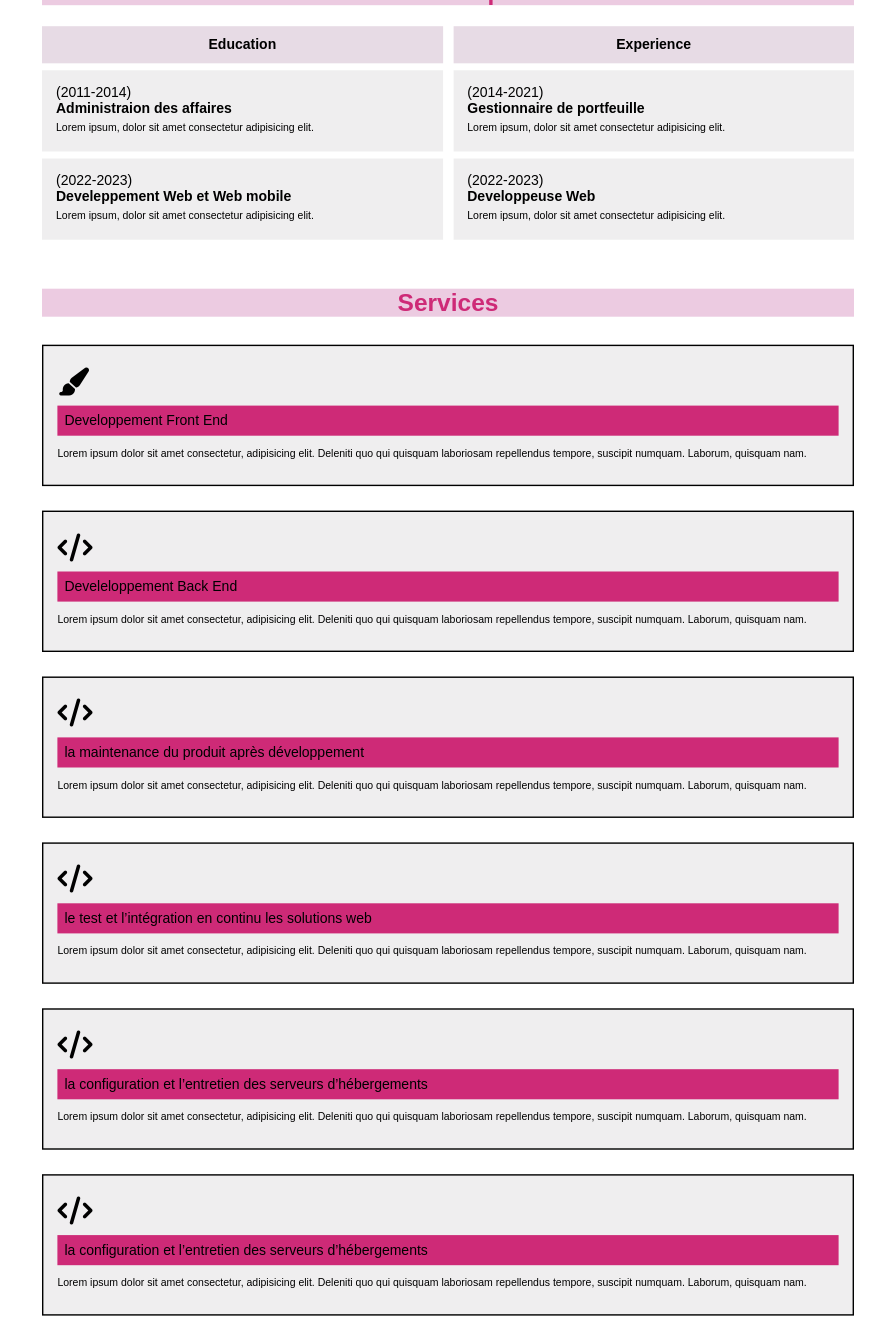
Repository: haifabilel/portfolio_project
Page: http://localhost/
These files come from the project's save history. The page is drawn as it stood at one moment and after the next save; the edit follows.
The browser window is 1280 px wide. The pictures show the part of the page from y = 1338 to 3258 px (the page is 3258 px tall before and 3138 px after), at 70% of full size.
Some web fonts or font styles are not loaded; a fallback is used. The page is run by PHP 8.4 with error messages shown; the project is at /var/www/html/.

Above is the page before, as saved 2023-09-17 13:45:02.

### index.php
<!DOCTYPE html>
<html lang="fr">
<head>
    <meta charset="UTF-8">
    <meta name="viewport" content="width=device-width, initial-scale=1.0">
    <title>Portfolio</title>
    <!-- Font awesome cdn -->
    <link rel="stylesheet" href="https://cdnjs.cloudflare.com/ajax/libs/font-awesome/6.4.2/css/all.min.css">
    <!-- css link -->
    <link rel="stylesheet" href="css/style.css"
</head>
<body>
<!-- Header Section Starts -->
<header class="header">
<div id="menu-btn" class="fas fa-bars"></div>

    <a href="#home" class="logo">
       <img src="asset/logo.png" class="logo" alt="image-logo">
    </a>
<nav class="navbar">
    <a href="#home"class="active">Home</a>
    <a href="#about">About me</a>
    <a href="#portfolio">portfolio</a>
    <a href="#contact">Contact me</a>
</nav>
<div class="follow">
<a href="#" class="fab fa-facebook"></a>
<a href="#" class="fab fa-twitter"></a>
<a href="#" class="fab fa-instagram"></a>
<a href="#" class="fab fa-linkedin"></a>
<a href="#" class="fab fa-github"></a>
</div>
</header>

<!-- Header Section Ends -->
<!-- Home Section Starts -->
<section class="home" id="home">
    <div class="image">
        <img src="asset/photo-femme.jpg" alt="photo-femme" class="image-profil" >
    </div>
 <div class="content">
    <h1>Welcome, i am hayfa</h1>
    <p class="developper">Web Developper</p>
    <p>Lorem, ipsum dolor sit amet consectetur adipisicing elit. Placeat in molestias fuga voluptatem qui reiciendis vero doloribus consequatur recusandae! Natus.</p>
    <a href="#about" class="btn">About me</a>
 </div>
</section>
<!-- Home Section Ends -->
<!-- about Section Starts -->
<section class="about"  id="about">
    <h2 class="myBio">Biography</h2>
    <div class="biography">
        <p>Lorem ipsum dolor sit amet consectetur adipisicing elit.
             Fugiat quas quis eius cupiditate ducimus ut id maxime sunt nobis magni? </p>
        <h3> Name : CHAABI Hayfa </h3>
        <h3> Email: developper@gmail.com </h3>
        <h3> Adresse: Paris, France </h3>
        <h3> Phone: 060202222 </h3>
        <h3> Experience: 3 years </h3>
    </div>
<div class="skills">
<h2 class="myskills">My Skills</h2>
<div class="progress">
    <div class="bar"><h3><span>HTML</span><span>90%</span></h3></div>
    <div class="bar"><h3><span>CSS</span><span>90%</span></h3></div>
    <div class="bar"><h3><span>PHP</span><span>70%</span></h3></div>
    <div class="bar"><h3><span>MYSQL</span><span>75%</span></h3></div>
</div>
</div>

<div class="education_experienes">
     <h2 class="myskills">Education & Experience</h2>
    <div class="row">
        <div class="box_container">
            <h3 class="titre">Education</h3>
            <div class="box">
                <span>(2011-2014)</span>
                <h4>Administraion des affaires</h4>
                <p>Lorem ipsum, dolor sit amet consectetur
                    adipisicing elit.</p>
            </div>

            <div class="box">
                <span>(2022-2023)</span>
                <h4>Develeppement Web et Web mobile</h4>
                <p>Lorem ipsum, dolor sit amet consectetur
                    adipisicing elit.</p>
            </div>
        </div>

        <div class="box_container">
            <h3 class="titre">Experience</h3>
            <div class="box">
                <span>(2014-2021)</span>
                <h4>Gestionnaire de portfeuille</h4>
                <p>Lorem ipsum, dolor sit amet consectetur
                    adipisicing elit.</p>
            </div>

            <div class="box">
                <span>(2022-2023)</span>
                <h4>Developpeuse Web</h4>
                <p>Lorem ipsum, dolor sit amet consectetur
                    adipisicing elit.</p>
            </div>
        </div>
    </div>
</div>
</section>
<!-- about Section Ends -->
<!-- Services Section starts -->
<section class="services" id="services">
<h2 class="myservice">Services</h2>
<div class="box-container">
    <div class="box">
        <i class="fas fa-paint-brush"></i>
        <h3>Developpement Front End</h3>
        <p>Lorem ipsum dolor sit amet consectetur, adipisicing elit. Deleniti quo qui quisquam laboriosam repellendus tempore,
            suscipit numquam. Laborum, quisquam nam.</p>
    </div>

    <div class="box">
        <i class="fas fa-code"></i>
        <h3>Develeloppement Back End</h3>
        <p>Lorem ipsum dolor sit amet consectetur, adipisicing elit. Deleniti quo qui quisquam laboriosam repellendus tempore,
            suscipit numquam. Laborum, quisquam nam.</p>
    </div>

    <div class="box">
        <i class="fas fa-code"></i>
        <h3>la maintenance du produit après développement</h3>
        <p>Lorem ipsum dolor sit amet consectetur, adipisicing elit. Deleniti quo qui quisquam laboriosam repellendus tempore,
            suscipit numquam. Laborum, quisquam nam.</p>
    </div>
    <div class="box">
        <i class="fas fa-code"></i>
        <h3>le test et l’intégration en continu les solutions web</h3>
        <p>Lorem ipsum dolor sit amet consectetur, adipisicing elit. Deleniti quo qui quisquam laboriosam repellendus tempore,
            suscipit numquam. Laborum, quisquam nam.</p>
    </div>
    <div class="box">
        <i class="fas fa-code"></i>
        <h3>la configuration et l’entretien des serveurs d’hébergements</h3>
        <p>Lorem ipsum dolor sit amet consectetur, adipisicing elit. Deleniti quo qui quisquam laboriosam repellendus tempore,
            suscipit numquam. Laborum, quisquam nam.</p>
    </div>
    <div class="box">
        <i class="fas fa-code"></i>
        <h3>la configuration et l’entretien des serveurs d’hébergements</h3>
        <p>Lorem ipsum dolor sit amet consectetur, adipisicing elit. Deleniti quo qui quisquam laboriosam repellendus tempore,
            suscipit numquam. Laborum, quisquam nam.</p>
    </div>
</div>
</section>



<!-- Services Section ends -->











<script src="js/script.js"></script>
</body>
</html>

### css/style.css
@import url('https://fonts.googleapis.com/css2?family=Crimson+Text:wght@400;600&family=EB+Garamond:wght@400;500;600&family=Lora:ital@1&family=Nanum+Myeongjo:wght@400;700;800&family=Poppins:ital,wght@1,200;1,300;1,400;1,500&display=swap');
:root{
    --black:#000;
    -white:#fff;
    --pinkLight:#ce2a77;
    --pink:#8e6787;
    --light-bg:#eccbe1;
    --light-bg2:#dccad8ab;
    --border-bold:.4rem solid var(--pink);
    --box--shadow:7px 6px 5px 0px rgba(0,0,0,0.4);
}
*{
    font-family: 'EB Garamond', 'Arial',' sans-serif';
    margin: 0;
    padding:0;
    box-sizing: border-box;
    outline:none;
    border:none;
    text-decoration:none;

}
*{
    background-color: var(--white);

}
*::-webkit-scrollbar{
    height:.5rem;
    width:1rem;
   }
*::-webkit-scrollbar-track{
    background-color: transparent;
}
*::-webkit-scrollbar-thumb{
    background-color: var(--pink);
}
html{
    font-size:62.5%;
    overflow-x: hidden;
    scroll-behavior: smooth;
}
section{
    padding:3rem 2rem;
    margin:0 auto;
    max-width:1200px;
    text-align: center;

}
body{
 overflow: hidden;
 transition:.2s linear !important;
 text-align: center;
}
body.active{
  padding-left:35rem;
}

/* <!-- Body Section Ends --> */
/* <!-- Header Section Starts --> */
.header{
    position:fixed;
    top:0;left:-35rem;
    height:100vh;
    background-color:var(--white);
    border-right:var(--border-bold);
    width:35rem;
    padding:3rem 2rem;
    text-align:center;
    display: flex;
    align-items: center;
    justify-content: space-between;
    flex-flow: column;
    transition:.2s linear !important;
    text-align: center;

}
header .navbar{
    width: 100%;


}
header .navbar a{
    text-decoration: none;
    font-size: 2.5rem;
    padding:1.5rem;
    margin:3rem;
    display:block;

}
header .navbar a.active,
header .navbar a:hover{
 background-color: #f0aae46b;
 transform: scale(1.2);
}
.header .follow a{
    font-size:2.5rem;
    margin:0 1rem;
    color:#8a427d;
}
.header .follow a:hover{
    transform: scale(2.1);
}
#menu-btn{
   position: absolute;
   top:0; right:-5.5rem;
   height:4.5rem;
   line-height: 4.5rem;
   width:5rem;
   font-size: 3rem;
   cursor: pointer;
   color: var(--white);
}
.logo{
    margin-top: -30px;
    height: 190px;
}
header.active{
   left:0;
}
/* Header Section Ends */
 /* Home Section Starts  */
.home{
    margin-top:-70px;
    margin-bottom: -50px;
    display:flex;
    align-items: center;
    flex-wrap:wrap;
    gap:2rem;
    min-height: 100vh;
}
h1{
    font-size: 5rem;
    text-transform:capitalize;
}

.developper{
    color:#8a427d;
    font-size: 4rem;
}
p{
    font-size: 2rem;
}
.home .image img{
    height:45rem;
    padding:1rem;
    margin:30px;
    border :5px solid black;

}
.home .image{
    flex:1 1 40rem;
}
.home .content{
    flex:1 1 40rem;
}
.btn{
    display: inline-block;
    margin-top:1rem ;
    cursor: pointer;
    padding:1rem 3rem;
    background-color: #8a427d;
    color:#fff;
    border-radius: 5px;
    font-size: 2.5rem;
}
.btn:hover{
    transform: scale(1.1);
    transition: 0.5s;
}
/* Home Section Ends */
/* About section starts */
h2{

    margin-bottom:3rem;
    text-align: center;
    font-size: 3.5rem;
    color: var(--pinkLight);
    background-color: var(--light-bg);

}
h3{
    font-size: 2rem;
}
.biography p{
    margin:1rem auto;
    max-width:70rem;
    line-height:1.5rem;
    font-size:1.7rem;
    font-size: large;
}
.biography{
    margin-top: 1rem;
}
.biography h3{
    padding:1rem 1.5rem;
    display: inline-block;
    margin:1rem;
    background-color:var(--light-bg2);
    word-break:break-all;
    font-size:2rem;
    border:3px solid var(--black);
}
/* My Skills part starts */
.about .skills{
    margin:3rem 0;

}
.skills .progress{
  margin-top: 1rem;
}
.skills .progress .bar{
margin:1rem auto;
max-width: 70rem;
border:2px solid black;
padding:1rem;


}
.bar span{
 font-size: 2rem;
}
.skills .progress .bar h3{
    display: flex;
    align-items: center;
    justify-content: space-between;
    background-color: var(--light-bg2);
    padding: 1rem;
}
.skills .progress .bar:nth-child(1) h3{
   width:90%;
}
.skills .progress .bar:nth-child(2) h3{
    width:85%;
 }
 .skills .progress .bar:nth-child(3) h3{
    width:70%;
 }
 .skills .progress .bar:nth-child(4) h3{
    width:75%;
 }
 /* My Skills part ends */
 /* Education & Experience part starts */
 .education_experienes .row{
    display:flex;
    flex-wrap: wrap;
    gap:1.5rem;
 }
 .row .box_container{
   flex:1 1 40rem;
 }
 .box{
    text-align: left;
    margin:1rem 0;
    padding:2rem;
    background-color: #a9a4a92f;

 }
 .titre{
    padding: 1.5rem;
    font-size:2rem;
    background-color:var(--light-bg2);
 }
 .box h4{
    font-size:2rem;
 }
 .box span{
    font-size:2rem;
 }
/* About section ends */
/* Section SServices starts */
.services .box-container{
    display:grid;
    grid-template-columns:repeat(auto-fit, nimax(30rem,1fr));
    gap:1.5rem;
    align-items:flex-start;
}
.services .box-container .box{
 padding: 3rem 2rem;
 border: 2px solid black;
}
.box i{
    font-size:4rem;
    margin-bottom: .5rem;
}
.box h3{
    margin:1rem 0;
    font-size:2rem;
    padding:1rem;
    background-color: var(--pinkLight);
    font-weight: normal;
}
.box p{
    line-height:2 ;
    font-size: 1.5rem;

}

/* Section SServices ends */







/* media queries */
@media (max-widht:991px){
    html{
        font-size: 55%;
    }
    body .active{
        padding-left: 0;
    }

}

@media (max-widht:450px){
    html{
        font-size: 50%;
    }
    .header.active{
        padding-top:7rem;
    }
    #menu-btn.fa-times{
        right:0;
    }
    .home .image img{
     height:auto;
     width:100%;

    }

    .content h1{
        font-size:2rem;
    }
    .about h2{
        font-size: 1.5rem;
        margin-top:50px;

    }

}

### js/script.js
let menu = document.querySelector('#menu-btn');
let header = document.querySelector('.header');

// Button toggle
menu.onclick = () =>{
   menu.classList.toggle('fa-times');
   header.classList.toggle('active');
   document.body.classList.toggle('active');
}

window.onscroll = () =>{
    if(window.innerWidth < 991){
        menu.classList.remove('fa-times');
        header.classList.remove('active') ;
        document.body.classList.remove('active');
    }
}

After the next save:
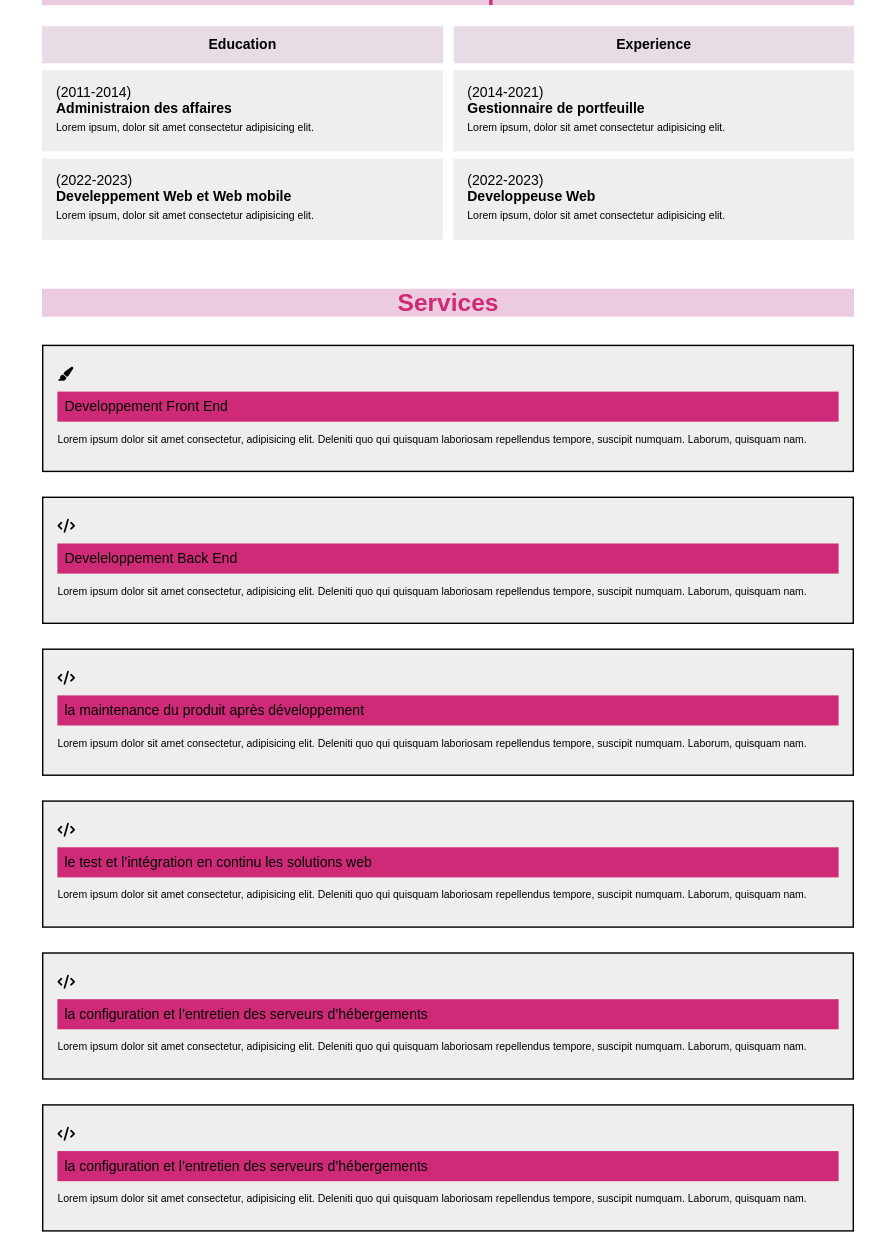
Saved 26 s later.
--- a/css/style.css
+++ b/css/style.css
@@ -278,7 +278,7 @@ padding:1rem;
  border: 2px solid black;
 }
 .box i{
-    font-size:4rem;
+    font-size:2rem;
     margin-bottom: .5rem;
 }
 .box h3{
